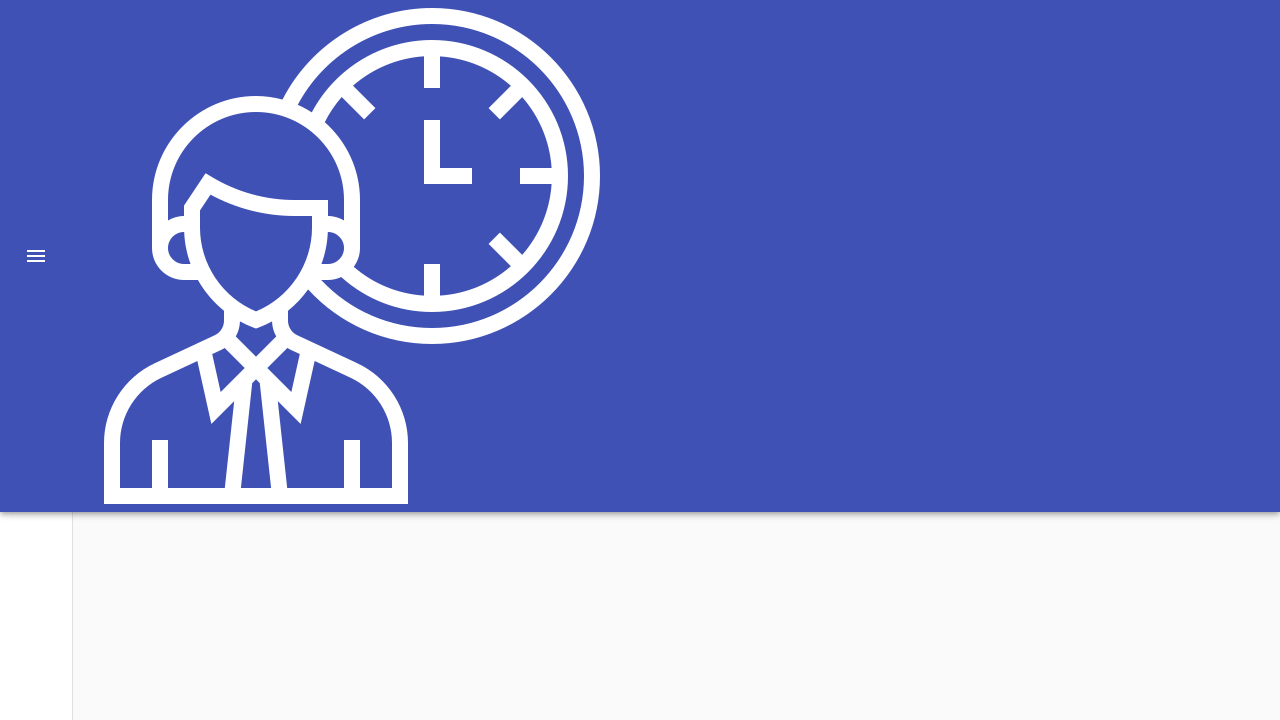
Repository: pgruca96/HappitsChanger
Page: /main
The author's editor kept a copy of each file at every save. The page is drawn from the files as they stood at one save, then again after the next save.
The browser window is 1280 px wide. The pictures show the whole page.
The project was rebuilt for these pictures with package versions that can differ from the ones it lists, and the page was loaded fresh each time. Also part of the build but not shown: src/styles/LoginPage.js, src/styles/Form.js, src/styles/h2.js, src/components/form/index.js, src/styles/colors.js, src/containers/loginPage/index.js.

Above is the page before, as saved 2020-11-01 20:58:15.

### public/index.html
<!DOCTYPE html>
<html lang="en">

<head>
  <meta charset="utf-8" />
  <link rel="icon" href="%PUBLIC_URL%/favicon.ico" />
  <meta name="viewport" content="width=device-width, initial-scale=1" />
  <meta name="theme-color" content="#000000" />
  <meta name="description" content="Web site created using create-react-app" />
  <link href="https://fonts.googleapis.com/css?family=Lobster" rel="stylesheet" type="text/css">
  <link rel="apple-touch-icon" href="%PUBLIC_URL%/logo192.png" />
  <!--
      manifest.json provides metadata used when your web app is installed on a
      user's mobile device or desktop. See https://developers.google.com/web/fundamentals/web-app-manifest/
    -->
  <link rel="manifest" href="%PUBLIC_URL%/manifest.json" />
  <!--
      Notice the use of %PUBLIC_URL% in the tags above.
      It will be replaced with the URL of the `public` folder during the build.
      Only files inside the `public` folder can be referenced from the HTML.

      Unlike "/favicon.ico" or "favicon.ico", "%PUBLIC_URL%/favicon.ico" will
      work correctly both with client-side routing and a non-root public URL.
      Learn how to configure a non-root public URL by running `npm run build`.
    -->
  <title>React App</title>
</head>

<body>
  <noscript>You need to enable JavaScript to run this app.</noscript>
  <div id="root"></div>
  <!--
      This HTML file is a template.
      If you open it directly in the browser, you will see an empty page.

      You can add webfonts, meta tags, or analytics to this file.
      The build step will place the bundled scripts into the <body> tag.

      To begin the development, run `npm start` or `yarn start`.
      To create a production bundle, use `npm run build` or `yarn build`.
    -->
</body>

</html>

### src/App.js
import "./App.css";
import { BrowserRouter as Router, Route } from "react-router-dom";
import LoginPage from "./containers/loginPage";
import MainPage from "./containers/mainPage";

const App = () => {
  return (
    <div className="app">
      <Router>
        <Route path="/" exact component={LoginPage} />
        <Route path="/main" exact component={MainPage} />
      </Router>
    </div>
  );
};

export default App;

### src/App.css
*,
*::before,
*::after {
  margin: 0;
  padding: 0;
  box-sizing: border-box;
}

.app {
  min-width: 100vw;
  min-height: 100vh;
}

### src/containers/mainPage/index.js
import React from "react";
import clsx from "clsx";
import { makeStyles, useTheme } from "@material-ui/core/styles";
import Drawer from "@material-ui/core/Drawer";
import AppBar from "@material-ui/core/AppBar";
import Toolbar from "@material-ui/core/Toolbar";
import List from "@material-ui/core/List";
import CssBaseline from "@material-ui/core/CssBaseline";
import Typography from "@material-ui/core/Typography";
import Divider from "@material-ui/core/Divider";
import IconButton from "@material-ui/core/IconButton";
import MenuIcon from "@material-ui/icons/Menu";
import ChevronLeftIcon from "@material-ui/icons/ChevronLeft";
import ChevronRightIcon from "@material-ui/icons/ChevronRight";
import ListItem from "@material-ui/core/ListItem";
import ListItemIcon from "@material-ui/core/ListItemIcon";
import ListItemText from "@material-ui/core/ListItemText";
import InboxIcon from "@material-ui/icons/MoveToInbox";
import MailIcon from "@material-ui/icons/Mail";
// import { primaryTheme } from "../../styles/colors";
import Logo from "../../components/logo";

const drawerWidth = 240;

const useStyles = makeStyles((theme) => ({
  root: {
    display: "flex",
  },
  appBar: {
    zIndex: theme.zIndex.drawer + 1,
    transition: theme.transitions.create(["width", "margin"], {
      easing: theme.transitions.easing.sharp,
      duration: theme.transitions.duration.leavingScreen,
    }),
  },
  appBarShift: {
    marginLeft: drawerWidth,
    width: `calc(100% - ${drawerWidth}px)`,
    transition: theme.transitions.create(["width", "margin"], {
      easing: theme.transitions.easing.sharp,
      duration: theme.transitions.duration.enteringScreen,
    }),
  },
  menuButton: {
    marginRight: 36,
  },
  hide: {
    display: "none",
  },
  drawer: {
    width: drawerWidth,
    flexShrink: 0,
    whiteSpace: "nowrap",
  },
  drawerOpen: {
    width: drawerWidth,
    transition: theme.transitions.create("width", {
      easing: theme.transitions.easing.sharp,
      duration: theme.transitions.duration.enteringScreen,
    }),
  },
  drawerClose: {
    transition: theme.transitions.create("width", {
      easing: theme.transitions.easing.sharp,
      duration: theme.transitions.duration.leavingScreen,
    }),
    overflowX: "hidden",
    width: theme.spacing(7) + 1,
    [theme.breakpoints.up("sm")]: {
      width: theme.spacing(9) + 1,
    },
  },
  toolbar: {
    display: "flex",
    alignItems: "center",
    justifyContent: "flex-end",
    padding: theme.spacing(0, 1),
    // necessary for content to be below app bar
    ...theme.mixins.toolbar,
  },
  content: {
    flexGrow: 1,
    padding: theme.spacing(3),
  },
  //   toolbar2: {
  //     height: "100px",
  //   },
}));

export default function MainPage() {
  const classes = useStyles();
  const theme = useTheme();
  const [open, setOpen] = React.useState(false);

  const handleDrawerOpen = () => {
    setOpen(true);
  };

  const handleDrawerClose = () => {
    setOpen(false);
  };

  return (
    <div className={classes.root}>
      <CssBaseline />
      <AppBar
        position="fixed"
        className={clsx(classes.appBar, {
          [classes.appBarShift]: open,
        })}
      >
        <Toolbar>
          <IconButton
            color="inherit"
            aria-label="open drawer"
            onClick={handleDrawerOpen}
            edge="start"
            className={clsx(classes.menuButton, {
              [classes.hide]: open,
            })}
          >
            <MenuIcon />
          </IconButton>
          <Logo />
        </Toolbar>
      </AppBar>
      <Drawer
        variant="permanent"
        className={clsx(classes.drawer, {
          [classes.drawerOpen]: open,
          [classes.drawerClose]: !open,
        })}
        classes={{
          paper: clsx({
            [classes.drawerOpen]: open,
            [classes.drawerClose]: !open,
          }),
        }}
      >
        <div className={classes.toolbar}>
          <IconButton onClick={handleDrawerClose}>
            {theme.direction === "rtl" ? (
              <ChevronRightIcon />
            ) : (
              <ChevronLeftIcon />
            )}
          </IconButton>
        </div>
        <Divider />
        <List>
          {["Inbox", "Starred", "Send email", "Drafts"].map((text, index) => (
            <ListItem button key={text}>
              <ListItemIcon>
                {index % 2 === 0 ? <InboxIcon /> : <MailIcon />}
              </ListItemIcon>
              <ListItemText primary={text} />
            </ListItem>
          ))}
        </List>
        <Divider />
        <List>
          {["All mail", "Trash", "Spam"].map((text, index) => (
            <ListItem button key={text}>
              <ListItemIcon>
                {index % 2 === 0 ? <InboxIcon /> : <MailIcon />}
              </ListItemIcon>
              <ListItemText primary={text} />
            </ListItem>
          ))}
        </List>
      </Drawer>
      <main className={classes.content}>
        <div className={classes.toolbar} />
        <Typography paragraph>
          Lorem ipsum dolor sit amet, consectetur adipiscing elit, sed do
          eiusmod tempor incididunt ut labore et dolore magna aliqua. Rhoncus
          dolor purus non enim praesent elementum facilisis leo vel. Risus at
          ultrices mi tempus imperdiet. Semper risus in hendrerit gravida rutrum
          quisque non tellus. Convallis convallis tellus id interdum velit
          laoreet id donec ultrices. Odio morbi quis commodo odio aenean sed
          adipiscing. Amet nisl suscipit adipiscing bibendum est ultricies
          integer quis. Cursus euismod quis viverra nibh cras. Metus vulputate
          eu scelerisque felis imperdiet proin fermentum leo. Mauris commodo
          quis imperdiet massa tincidunt. Cras tincidunt lobortis feugiat
          vivamus at augue. At augue eget arcu dictum varius duis at consectetur
          lorem. Velit sed ullamcorper morbi tincidunt. Lorem donec massa sapien
          faucibus et molestie ac.
        </Typography>
        <Typography paragraph>
          Consequat mauris nunc congue nisi vitae suscipit. Fringilla est
          ullamcorper eget nulla facilisi etiam dignissim diam. Pulvinar
          elementum integer enim neque volutpat ac tincidunt. Ornare suspendisse
          sed nisi lacus sed viverra tellus. Purus sit amet volutpat consequat
          mauris. Elementum eu facilisis sed odio morbi. Euismod lacinia at quis
          risus sed vulputate odio. Morbi tincidunt ornare massa eget egestas
          purus viverra accumsan in. In hendrerit gravida rutrum quisque non
          tellus orci ac. Pellentesque nec nam aliquam sem et tortor. Habitant
          morbi tristique senectus et. Adipiscing elit duis tristique
          sollicitudin nibh sit. Ornare aenean euismod elementum nisi quis
          eleifend. Commodo viverra maecenas accumsan lacus vel facilisis. Nulla
          posuere sollicitudin aliquam ultrices sagittis orci a.
        </Typography>
      </main>
    </div>
  );
}

### src/components/logo.js
import React from "react";
import logo from "../assets/punctuality.png";
import styled from "styled-components";

const Logo = () => {
  const Img = styled.img`
    height: 100%;
  `;
  return <Img src={logo} alt="logo" />;
};

export default Logo;

Loaded but not shown: src/index.js (common file); src/index.css (common file); src/reportWebVitals.js (common file)

After the next save:
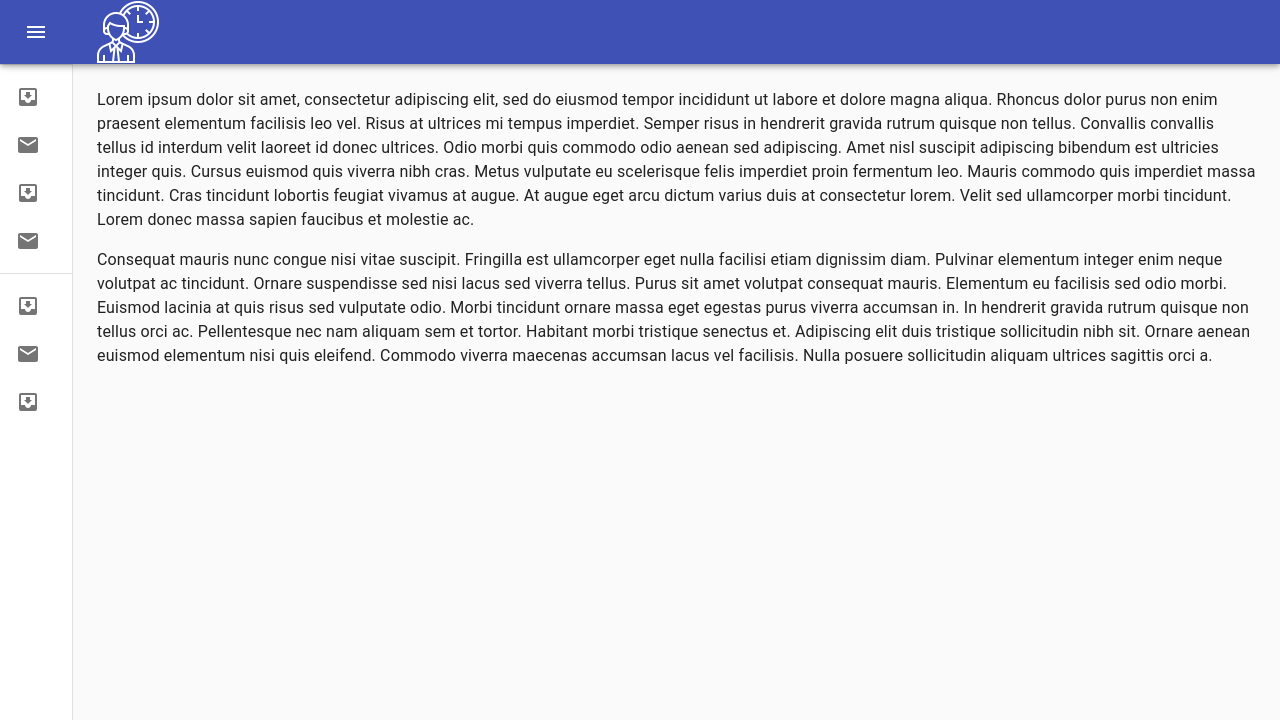
Saved 66 s later.
--- a/src/containers/mainPage/index.js
+++ b/src/containers/mainPage/index.js
@@ -82,9 +82,9 @@
     flexGrow: 1,
     padding: theme.spacing(3),
   },
-  //   toolbar2: {
-  //     height: "100px",
-  //   },
+  navbarToolbar: {
+    height: "50px",
+  },
 }));
 
 export default function MainPage() {
@@ -109,7 +109,7 @@
           [classes.appBarShift]: open,
         })}
       >
-        <Toolbar>
+        <Toolbar className={classes.navbarToolbar}>
           <IconButton
             color="inherit"
             aria-label="open drawer"
